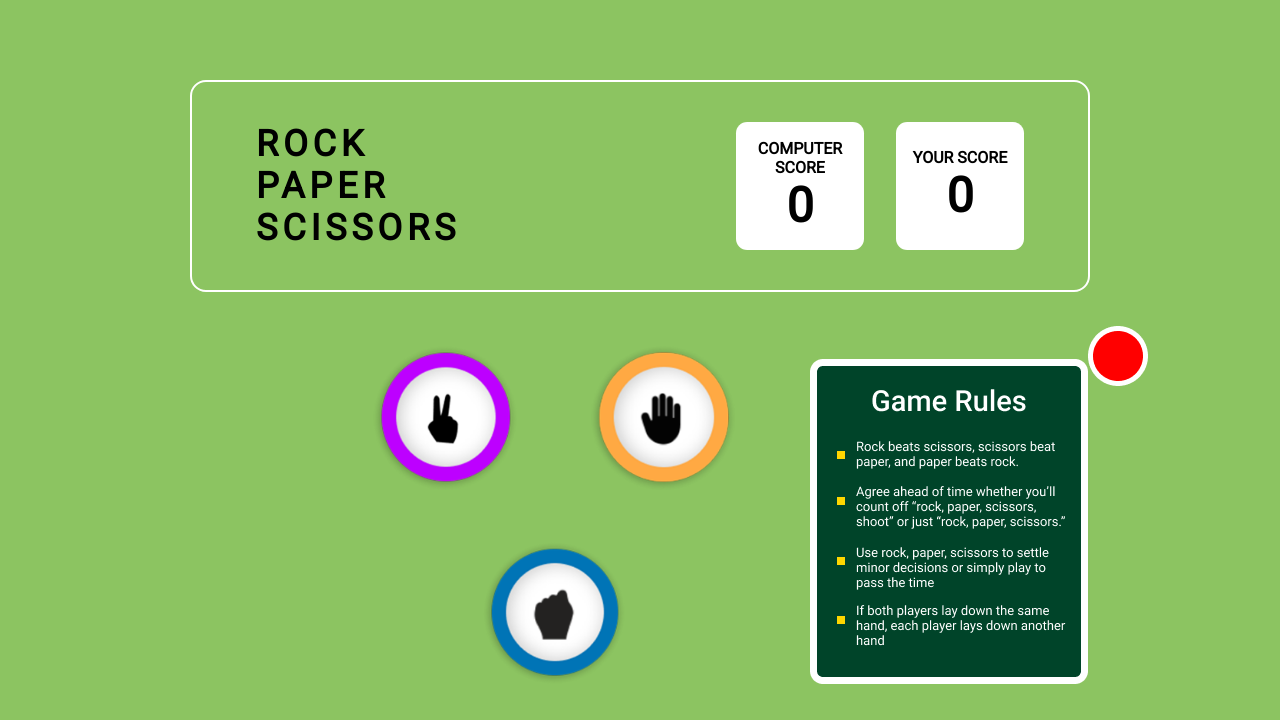
Repository: drumsmanku/Major-module-project-1
Page: index.html
The author's editor kept a copy of each file at every save. The page is drawn from the files as they stood at one save, then again after the next save.
The browser window is 1280 px wide. The pictures show the whole page.

Above is the page before, as saved 2023-04-27 17:18:54.

### index.html
<!DOCTYPE html>
<html lang="en">
<head>
  <meta charset="UTF-8">
  <meta http-equiv="X-UA-Compatible" content="IE=edge">
  <meta name="viewport" content="width=device-width, initial-scale=1.0">
  <link rel="stylesheet" href="styles.css">
  <title>Module Project 1 </title>
</head>
<body>
  <div class="main-container">
    <div class="first-container">
      <div class="text">
        <h1>ROCK PAPER SCISSORS</h1>
      </div>
      <div class="two-boxes">
        <div class="computer-score">
          <h4>COMPUTER SCORE</h4>
          <h1>0</h1>
        </div>
        <div class="your-score">
          <h4>YOUR SCORE</h4>
          <h1>0</h1>
        </div>
      </div>

    </div>

    <div class="second-main-container">
      <div class="second-first-main-container">
        <div class="two-buttons">
          <button class="btn-2"><img src="2.png" alt=""></button>
          <button class="btn-3"><img src="3.png" alt=""></button>
        </div>
        <button class="btn-1"> <img src="1.png" alt=""></button>
      </div>
      <div class="second-second-main-container">
        <div class="img-container">
          <img id="rules-img" src="4.png" alt="">
          <button><img src="x.png" alt=""></button>
        </div>

      </div>
    </div>
  </div>

  <script src="script.js"></script>
</body>
</html>

### styles.css
@import url('https://fonts.googleapis.com/css2?family=Roboto&display=swap');

*{
  padding: 0;
  margin: 0;
}

body{
  background-color: #8CC461;
}
.main-container{
  display: flex;
  flex-direction: column;
  align-items: center;
}
.first-container{
  height: 5rem;
  width: 60vw;
  border: 2px solid white;
  background: none;
  border-radius: 1rem;
  padding: 4rem;
  display: flex;
  flex-direction: row;
  align-items: center;
  justify-content: space-between;
  margin-top: 5rem;
}
.text{
  height: inherit;
  width: 20%;
  display: flex;
  flex-wrap: wrap;
  flex-direction: column;
  font-family: 'Roboto';
  letter-spacing: 0.3rem;
  font-size: large;
  justify-content: center;
  align-items: center;
}

.computer-score{
  display: flex;
  flex-direction: column;
  height: 8rem;
  width: 8rem;
  flex-wrap: wrap;
  font-family: 'Roboto';
  justify-content: center;
  align-items: center;
  background-color: white;
  text-align: center;
  border-radius: 0.7rem;
}
.computer-score>h1{
  font-weight: 800;
  font-size: 3rem;
}
.your-score{
  display: flex;
  flex-direction: column;
  height: 8rem;
  width: 8rem;
  flex-wrap: wrap;
  font-family: 'Roboto';
  justify-content: center;
  align-items: center;
  background-color: white;
  text-align: center;
  border-radius: 0.7rem;
  margin-left: 2rem;
}
.your-score>h1{
  font-weight: 800;
  font-size: 3rem;
}
.two-boxes{
  display: flex;
  flex-direction: row;
  justify-content: space-between;
}
.second-main-container{
  display: flex;
  flex-direction: row;
  justify-content: flex-end;
  width: 100vw;
}
.second-first-main-container{
  display: flex;
  flex-direction: column;
  justify-content: flex-end;
  align-items: center;
  height: 55vh;
  width: 40vw;
}
.two-buttons{
  width: inherit;
  display: flex;
  flex-direction: row;
  justify-content: space-evenly;
  margin-bottom: 3rem;
}
.btn-1{
  background: none;
  border:none;
  cursor: pointer;
}
.btn-2{
  background: none;
  border:none;
  cursor: pointer;
}
.btn-3{
  background: none;
  border:none;
  cursor: pointer;
}
.second-first-main-container img{
  width: 9rem;
}

.second-second-main-container{
  display: flex;
  align-items: flex-end;
  margin-right: 12rem;
}
.second-second-main-container .img-container button{
  background: none;
  border: none;
  cursor: pointer;
  z-index: 999;
  position: absolute;
  top: -10%;
  left: 100%;
  bottom: 21rem;
}
.img-container{
  position: relative;
  display: inline-block;
}
/* #rules-img{
  animation: close 0.4s ease-in-out forwards;
  transform-origin: top right;
}
@keyframes close{
  from{
    transform: scale(1);
  }
  to{
    transform: scale(0);
  }
} */

Loaded but not shown: script.js (no stored copy; drawn as an empty file)

After the next save:
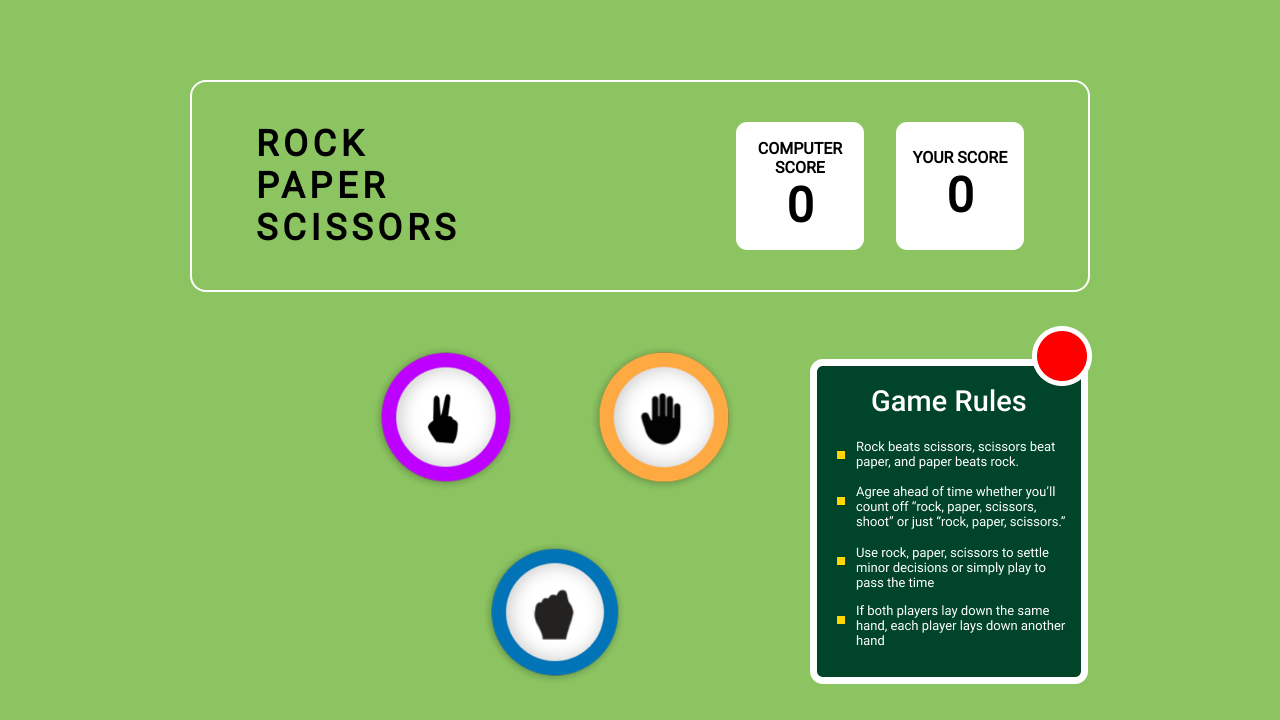
Saved 8 s later.
--- a/styles.css
+++ b/styles.css
@@ -131,7 +131,7 @@ body{
   z-index: 999;
   position: absolute;
   top: -10%;
-  left: 100%;
+  left: 80%;
   bottom: 21rem;
 }
 .img-container{
